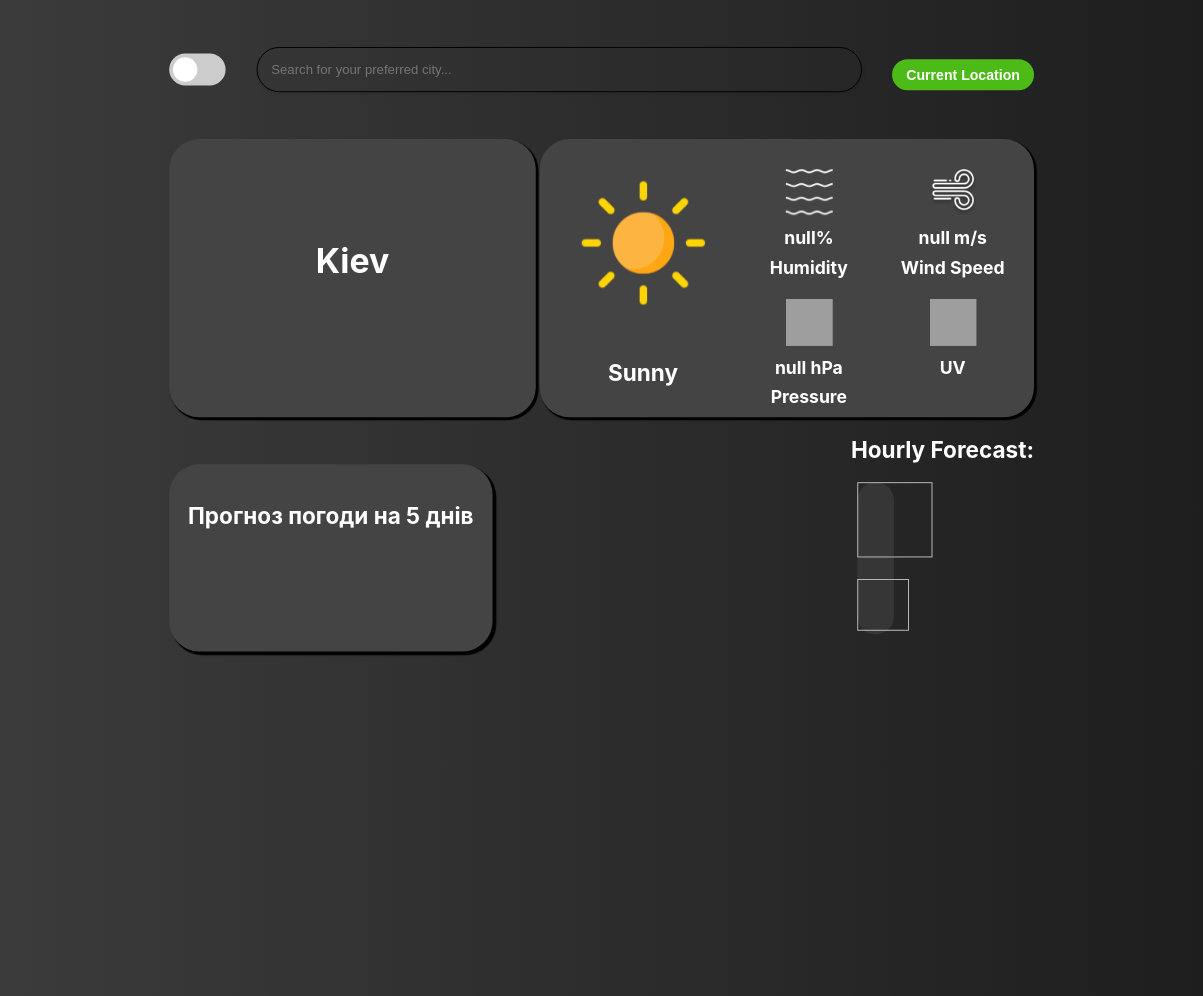
Repository: valeriibb/WeatherAPP
Page: /
An editor plug-in stored every save of this project. The page is shown before and after the next save, followed by the edit.
The browser window is 1280 px wide. The pictures show the whole page, at 94% of full size.
Pictures or frames that could not be fetched are drawn as grey boxes. The page's requests for data from a server got no answer. Some web fonts or font styles are not loaded; a fallback is used. The project was rebuilt for these pictures with package versions that can differ from the ones it lists, and the page was loaded fresh each time. No one was signed in, and anything a server would have sent is missing.

Above is the page before, as saved 2024-03-10 18:33:49.

After the next save:
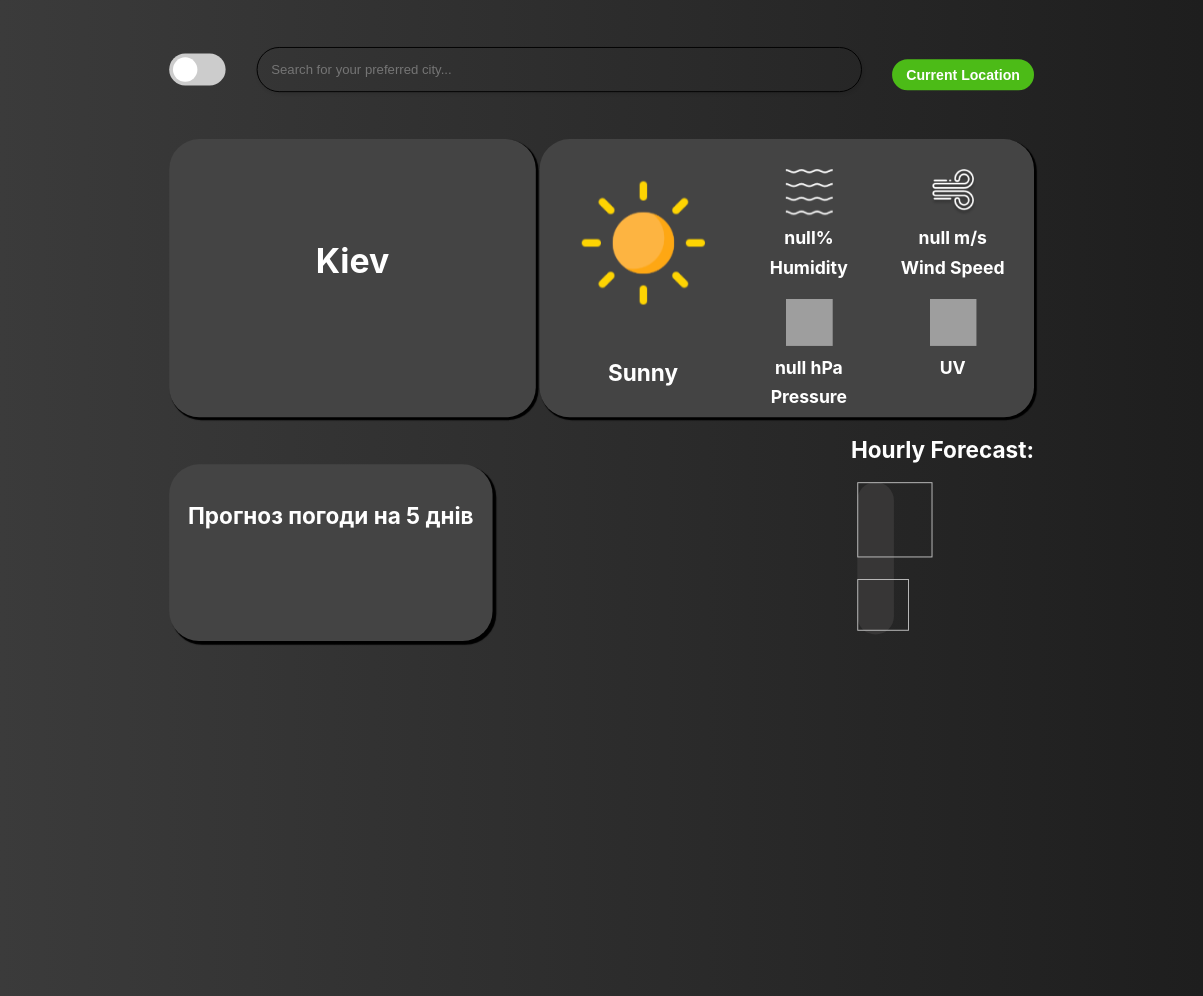
Saved 11 s later.
--- a/src/components/hourly.js
+++ b/src/components/hourly.js
@@ -11,7 +11,6 @@ function HorItem(props) {
             <img style={{height: '80px', width: '80px'}} src={props.icon} alt=""/>
             <h3>{props.temperature}</h3>
             <img style={{height: '55px', width: '55px'}} src={props.direction} alt=""/>
-            <h3>{props.speed}</h3>
         </div>
     );
 }
